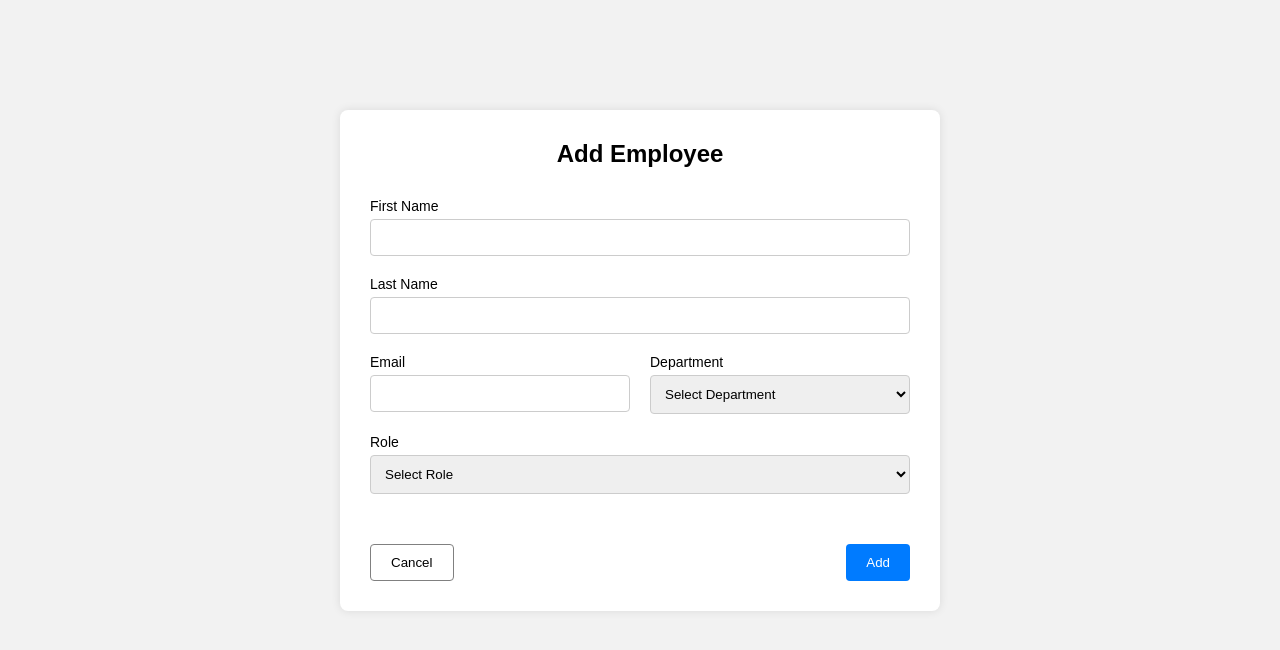
Repository: jagadeeshmeesala11/Ajackus_Frontend
Page: src/main/resources/templates/AddEmploye.html
These files come from the project's save history. The page is drawn as it stood at one moment and after the next save; the edit follows.
The browser window is 1280 px wide. The pictures show the whole page.

Above is the page before, as saved 2025-07-12 11:28:37.
Not found: static/css/add.css

After the next save:
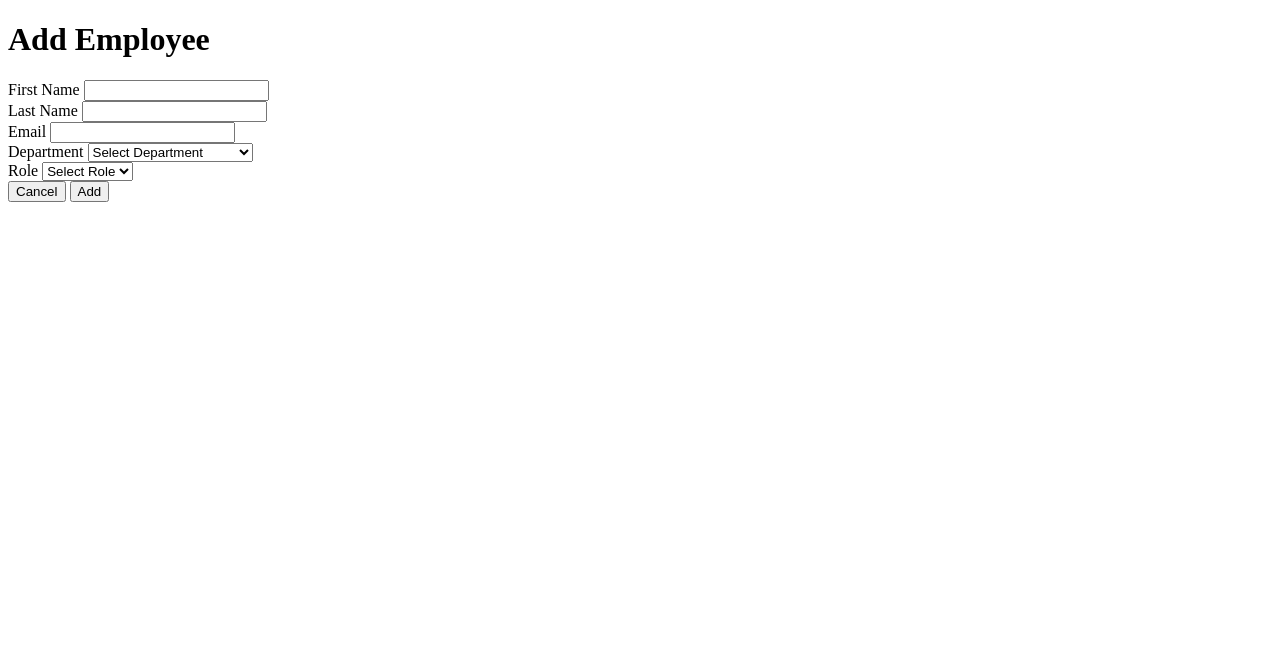
Saved 6 s later.
--- a/src/main/resources/templates/AddEmploye.html
+++ b/src/main/resources/templates/AddEmploye.html
@@ -3,7 +3,7 @@
 <head>
   <meta charset="UTF-8" />
   <meta name="viewport" content="width=device-width, initial-scale=1.0" />
-  <link rel="stylesheet" href="../static/css/addEmploye.css" />
+
   <link rel="stylesheet" href="/static/css/add.css">
 
   <title>Add Employee</title>

After the 2 saves that followed:
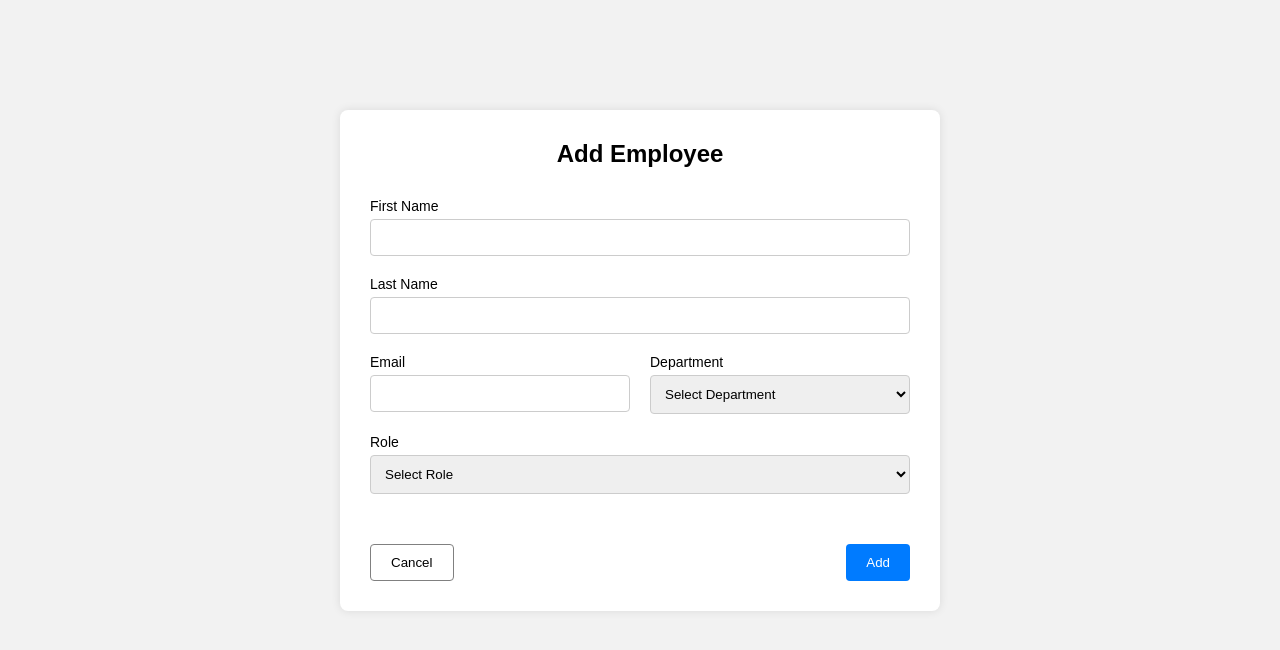
The 2 saves are shown as one change because they came seconds apart.
The last was saved 46 s later.
--- a/src/main/resources/templates/AddEmploye.html
+++ b/src/main/resources/templates/AddEmploye.html
@@ -3,8 +3,7 @@
 <head>
   <meta charset="UTF-8" />
   <meta name="viewport" content="width=device-width, initial-scale=1.0" />
-
-  <link rel="stylesheet" href="/static/css/add.css">
+  <link rel="stylesheet" href="../static/css/addEmploye.css" />
 
   <title>Add Employee</title>
 </head>
